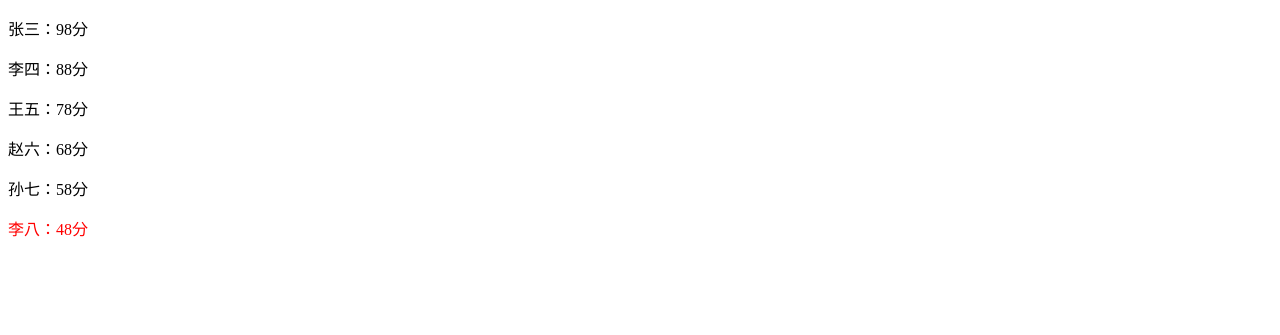
Repository: 123648923/html5-css3
Page: css/05 选择器/15 复合-11-结构伪类-3-选择器.html
An editor plug-in stored every save of this project. The page is shown before and after the next save, followed by the edit.
The browser window is 1280 px wide. The pictures show the whole page.

Above is the page before, as saved 2023-11-03 14:24:38.

After the next save:
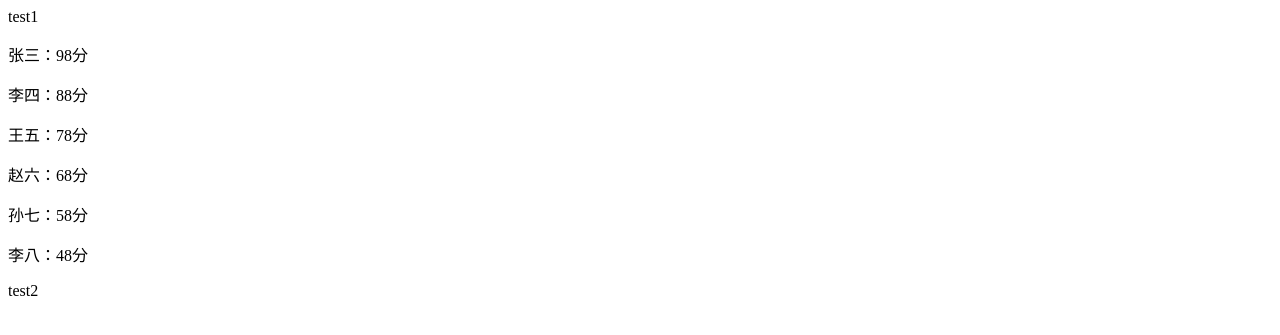
Saved 23 s later.
--- a/css/05 选择器/15 复合-11-结构伪类-3-选择器.html
+++ b/css/05 选择器/15 复合-11-结构伪类-3-选择器.html
@@ -15,12 +15,14 @@
 <body>
     <!-- 结构1 -->
     <div>
+        <span>test1</span>
         <p>张三：98分</p>
         <p>李四：88分</p>
         <p>王五：78分</p>
         <p>赵六：68分</p>
         <p>孙七：58分</p>
         <p>李八：48分</p>
+        <span>test2</span>
     </div>
 </body>
 
